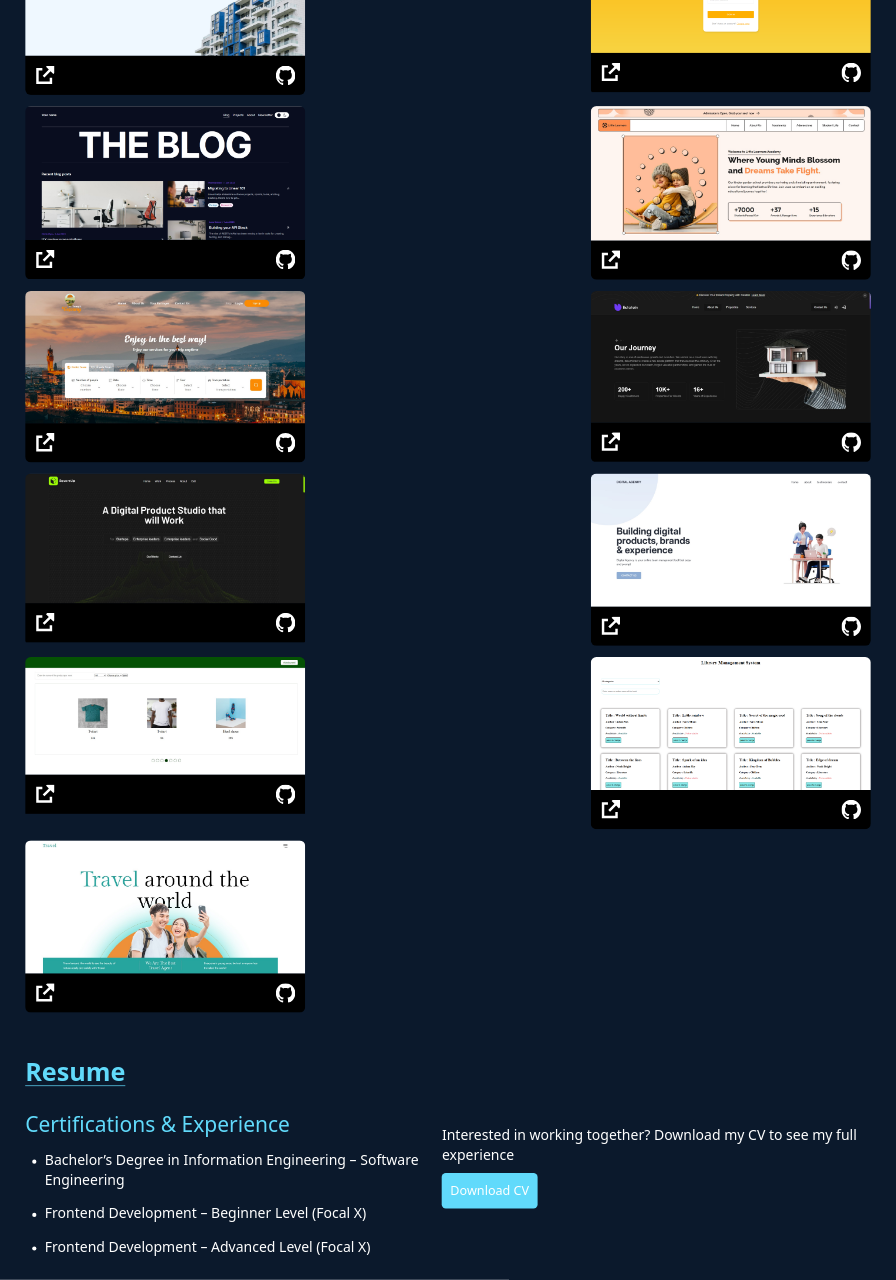
Repository: RawanBarakat-hub/portfolio
Page: /
These files come from the project's save history. The page is drawn as it stood at one moment and after a run of saves; the edit follows.
The browser window is 1280 px wide. The pictures show the part of the page from y = 1851 to 3771 px (the page is 3679 px tall before and 3771 px after), at 70% of full size.
The project was rebuilt for these pictures with package versions that can differ from the ones it lists, and the page was loaded fresh each time. Also part of the build but not shown: vite.config.ts.

Above is the page before, as saved 2026-02-22 22:41:12.

### index.html
<!doctype html>
<html lang="en">
  <head>
    <meta charset="UTF-8" />
    <link rel="icon" type="image/svg+xml" href="/assets/images/photos/logo.png" />
    <meta name="viewport" content="width=device-width, initial-scale=1.0" />
    <title>Rawan's portfolio</title>
  </head>
  <body>
    <div id="root"></div>
    <script type="module" src="/src/main.tsx"></script>
  </body>
</html>

### src/index.css
@import "tailwindcss";
@theme{
    --color-primary-color: #61DAFB;
    --color-background-color: #0b192c;
    --color-hover-color: #1eb9e4;
}

### src/App.tsx
import Hero from "./components/Hero"
import Main from "./components/Main"
import NavBar from "./components/NavBar"
import { nav_links } from "./data/data"
import "./index.css"
function App() {

  return (
    <div className="bg-background-color px-9">
      <NavBar logo={{source:"/assets/images/photos/logo.png",alternative:"Logo"}}
      nav_links={nav_links}
      bar_icon={{source:"/assets/images/icons/bars.svg",alternative:"bars"}}
      cancel_icon={{source:"/assets/images/icons/cancel.svg",alternative:"bars"}}
      />
      <Hero/>
      <Main/>
    </div>
  )
}

export default App

### src/components/Hero.tsx
import Image from "./Image"
import LinkBtn from "./LinkBtn"
import WelcomeText from "./WelcomeText"

const Hero = () => {
    return (
        <div className="h-screen pt-35 lg:pt-25 flex flex-col lg:flex-row
        justify-center lg:justify-between items-center gap-5">
            <div className="text-center lg:text-left">
                <WelcomeText text="Hello, I’m"/>
                <h1 className="text-white text-3xl lg:text-5xl mt-3 lg:mt-4
                mb-4 lg:mb-6 font-bold">Rawan Mohammad Barakat</h1>
                <p className="text-primary-color text-2xl lg:text-4xl max-w-2xl
                mb-4 lg:mb-14">Frontend Developer crafting clean & responsive web experiences.</p>
                <div className="flex justify-center lg:justify-start gap-4">
                    <LinkBtn url="" text="View my project"/>
                    <LinkBtn url="" text="Contact me"/>
                </div>
            </div>
            <Image source="/assets/images/photos/rawan.png" alternative="rawan"/>
        </div>
    )
}

export default Hero

### src/components/Main.tsx
import SectionAbout from "./SectionAbout"
import SectionProjects from "./SectionProjects"
import SectionReume from "./SectionReume"
import SectionSkills from "./SectionSkills"

const Main = () => {
    return (
        <main>
            <SectionAbout/>
            <SectionSkills/>
            <SectionProjects/>
            <SectionReume/>
        </main>
    )
}

export default Main

### src/components/NavBar.tsx
import { NavLink } from "react-router-dom"
import type { NavProps } from "../interfaces"
import { useState } from "react"

const NavBar = ({logo,nav_links,bar_icon,cancel_icon}:NavProps) => {
    const [show,setShow]=useState<boolean>(true)
    return (
        <div>
            <nav className="flex justify-between pl-5 pr-9 items-center fixed top-0 z-10
            w-full left-0 bg-background-color shadow-md shadow-primary-color">
                <div className="">
                    <img className="" src={logo.source} alt={logo.alternative} />
                </div>
                <div className="hidden lg:block">
                    <ul className="flex gap-6">
                        {nav_links?.map((link,index)=>{
                            return <li key={index}>
                                <NavLink className="text-primary-color text-[18px] font-medium"
                                to={link?.url}>{link?.text}</NavLink>
                            </li>
                        })}
                    </ul>
                </div>
                <button onClick={()=>setShow(!show)}
                className="block lg:hidden"><img src={`${show?bar_icon.source:cancel_icon.source}`}
                alt={`${show?bar_icon.alternative:cancel_icon.alternative}`} /></button>
            </nav>
            <div className={`${show ? "-left-full" :"left-1/2"} absolute top-16.5
            -translate-x-1/2 py-3.5 bg-background-color w-full transition-all`}>
                <ul className="text-center">
                        {nav_links?.map((link,index)=>{
                            return <li key={index} className="mb-4">
                                <NavLink className="text-primary-color text-[18px] font-medium"
                                to={link?.url}>{link?.text}</NavLink>
                            </li>
                        })}
                    </ul>
            </div>
        </div>
    )
}

export default NavBar

### src/data/data.ts
export const nav_links=[
    {
        url:"/",
        text:"Home"
    },
    {
        url:"/",
        text:"About"
    },
    {
        url:"/",
        text:"Skills"
    },
    {
        url:"/",
        text:"Projects"
    },
    {
        url:"/",
        text:"Resume"
    },
    {
        url:"/",
        text:"Contact"
    }
]
export const skills=[
    {
        image:{
            source:"/assets/images/icons/html.svg",
            alternative:"HTMl icon"
        },
        link:{
            url:"https://www.w3schools.com/html/default.asp",
            text:"HTML"
        }
    },
    {
        image:{
            source:"/assets/images/icons/css3.svg",
            alternative:"CSS icon"
        },
        link:{
            url:"https://www.w3schools.com/css/default.asp",
            text:"CSS"
        }
    },
    {
        image:{
            source:"/assets/images/icons/js.svg",
            alternative:"JavaScript icon"
        },
        link:{
            url:"https://www.w3schools.com/js/default.asp",
            text:"JavaScript "
        }
    },
    {
        image:{
            source:"/assets/images/icons/bootstrap.svg",
            alternative:"Bootstrap icon"
        },
        link:{
            url:"https://www.w3schools.com/bootstrap/bootstrap_ver.asp",
            text:"Bootstrap"
        }
    },
    {
        image:{
            source:"/assets/images/icons/tailwind.svg",
            alternative:"Taileind icon"
        },
        link:{
            url:"https://tailwindcss.com/",
            text:"Tailwind"
        }
    },
    {
        image:{
            source:"/assets/images/icons/react.svg",
            alternative:"React icon"
        },
        link:{
            url:"https://www.w3schools.com/react/default.asp",
            text:"React"
        }
    },
    {
        image:{
            source:"/assets/images/icons/ts.svg",
            alternative:"TypeScript icon"
        },
        link:{
            url:"https://www.w3schools.com/typescript/index.php",
            text:"TypeScript"
        }
    },
    {
        image:{
            source:"/assets/images/icons/git.svg",
            alternative:"Git icon"
        },
        link:{
            url:"https://www.w3schools.com/git/default.asp",
            text:"Git"
        }
    }
]
export const projects=[
    {
        image:{
            source:"public/assets/images/photos/flora.jpg",
            alternative:"Flora project"
        },
        title:"Flora",
        text:"Landing Page for a Real Estate Website",
        code_link:"https://github.com/RawanBarakat-hub/task-4-adv",
        project_Link:"https://rawanbarakat-hub.github.io/task-4-adv/"
    },
    {
        image:{
            source:"public/assets/images/photos/dash.jpg",
            alternative:"Dashboard project"
        },
        title:"E-commerce store dashboard",
        text:"Dashboard for managing E-commerce store",
        code_link:"https://github.com/RawanBarakat-hub/task-5-adv",
        project_Link:"https://task-5-adv.vercel.app/"
    },
    {
        image:{
            source:"public/assets/images/photos/blog.jpg",
            alternative:"Blogs project"
        },
        title:"The Blog",
        text:"Website for displaying blogs across different categories.",
        code_link:"https://github.com/RawanBarakat-hub/task-6-adv",
        project_Link:"https://task-6-adv-tawny.vercel.app/"
    },
    {
        image:{
            source:"public/assets/images/photos/littlelearners.jpg",
            alternative:"little learners project"
        },
        title:"Little learners",
        text:"Website for an educational institution.",
        code_link:"https://github.com/RawanBarakat-hub/task-2-adv",
        project_Link:"https://task-2-adv-pi.vercel.app/"
    },
    {
        image:{
            source:"public/assets/images/photos/next.jpg",
            alternative:"next project"
        },
        title:"Travel around the world",
        text:"Website for a travel company.",
        code_link:"https://github.com/RawanBarakat-hub/task-2-adv",
        project_Link:"https://task-7-adv-lac.vercel.app"
    },
    {
        image:{
            source:"public/assets/images/photos/estatein.jpg",
            alternative:"estatein project"
        },
        title:"Estatein",
        text:"Website for a real estate company.",
        code_link:"https://github.com/RaghadDeveloper/estatein",
        project_Link:"https://estatein-umber.vercel.app/"
    },
    {
        image:{
            source:"public/assets/images/photos/agency.jpg",
            alternative:"Digital project"
        },
        title:"Square",
        text:"Website for a digital products company.",
        code_link:"https://github.com/raghadsammour/squareUp.git",
        project_Link:"https://raghadsammour.github.io/squareUp/"
    },
    {
        image:{
            source:"public/assets/images/photos/digital.jpg",
            alternative:"Agency project"
        },
        title:"Digital agency",
        text:"Website for a digital products company.",
        code_link:"https://github.com/RawanBarakat-hub/Task-5",
        project_Link:"https://rawanbarakat-hub.github.io/Task-5/"
    },
    {
        image:{
            source:"public/assets/images/photos/e-commerc.jpg",
            alternative:"E-commerce project"
        },
        title:"E-commerce store",
        text:"Admin dashboard for an e-commerce store",
        code_link:"https://github.com/RawanBarakat-hub/Task-7",
        project_Link:"https://rawanbarakat-hub.github.io/Task-7/"
    },
    {
        image:{
            source:"public/assets/images/photos/library.jpg",
            alternative:"library project"
        },
        title:"Library Management System",
        text:"Website for categorizing and organizing books.",
        code_link:"https://github.com/RawanBarakat-hub/task-1-adv",
        project_Link:"https://rawanbarakat-hub.github.io/task-1-adv/"
    },
    {
        image:{
            source:"public/assets/images/photos/travelhero.jpg",
            alternative:"travel project"
        },
        title:"Travel",
        text:"Simple landing page for a travel agency website",
        code_link:"https://github.com/RawanBarakat-hub/Travel",
        project_Link:"https://rawanbarakat-hub.github.io/Travel/"
    }
]
export const certifications=[
    "Bachelor’s Degree in Information Engineering – Software Engineering",
    "Frontend Development – Beginner Level (Focal X)",
    "Frontend Development – Advanced Level (Focal X)"
]
export const social_media=[
    {
        url:"https://www.facebook.com/rawan.barakat.395?mibextid=wwXIfr&mibextid=wwXIfr",
        image:{
            source:"public/assets/images/icons/facebook.svg",
            alternative:"facebook icon"
        }
    },
    {
        url:"https://github.com/RawanBarakat-hub",
        image:{
            source:"public/assets/images/icons/github.svg",
            alternative:"github icon"
        }
    },
    {
        url:"https://t.me/Rawan_257",
        image:{
            source:"public/assets/images/icons/telegram.svg",
            alternative:"telegram icon"
        }
    },
    {
        url:"https://www.instagram.com/rawan.barakat.395?igsh=MWt1bDBya251YWFyeA%3D%3D&utm_source=qr",
        image:{
            source:"public/assets/images/icons/instagram.svg",
            alternative:"instagram icon"
        }
    },
    {
        url:"https://wa.me/963937278362",
        image:{
            source:"public/assets/images/icons/whatsapp.svg",
            alternative:"whatsapp icon"
        }
    },
    {
        url:"mailto:barakatrawan81@gmail.com",
        image:{
            source:"public/assets/images/icons/email.svg",
            alternative:"email icon"
        }
    }
]

### src/components/Image.tsx
import type { ImageProps } from '../interfaces'

const Image = ({source,alternative}:ImageProps) => {
    return (
        <div className='w-125 h-125 rounded-full border-2 border-primary-color
            shadow-sm shadow-primary-color flex justify-center items-center overflow-hidden
            shrink-0'>
            <img src={source} alt={alternative} />
        </div>
    )
}

export default Image

### src/components/LinkBtn.tsx
import { Link } from 'react-router-dom'
import { type LinkProps } from '../interfaces'
const LinkBtn = ({url,text,image}:LinkProps) => {
    return (
            <Link className="bg-primary-color hover:bg-hover-color
            text-xl text-background-color p-3.5 rounded-lg w-fit flex items-center
            gap-4 transition-all`" to={url}>{text}
            {image && <img className='w-10' src={image?.source} alt={image?.alternative} />}</Link>
    )
}

export default LinkBtn

### src/components/WelcomeText.tsx

const WelcomeText = ({text}:{text:string}) => {
    return (
        <p className="text-primary-color text-xl lg:text-3xl
        font-medium">{text}</p>
    )
}

export default WelcomeText

### src/components/SectionAbout.tsx
import Description from "./Description"
import Image from "./Image"
import TitleSection from "./TitleSection"
import WelcomeText from "./WelcomeText"

const SectionAbout = () => {
    return (
        <section className="py-15 lg:py-8 text-center lg:text-left">
            <TitleSection title="About me"/>
            <div className="flex flex-col lg:flex-row
                justify-center lg:justify-between items-center
                gap-4">
                <Image source="/assets/images/photos/rawan.png" alternative="rawan"/>
                <div className="max-w-3xl">
                    <WelcomeText text="Hi there! i’m Rawan Barakat"/>
                    <Description text="I’m a Software Engineering and Information Systems
                        graduate from Latakia University, with a strong passion
                        for frontend development and website creation."/>
                    <Description text="I completed both my beginner
                        and advanced frontend training at Focal X ,
                        where I built responsive websites using HTML, CSS, JavaScript,
                        and React (JSX and TSX) , working on practical and academic projects."/>
                    <Description text="I focus on writing clean, well-structured
                    code and building modern,responsive websites that perform efficiently across different
                    devices. I’m continuously improving my skills and keeping up with the latest web
                    technologies."/>
                </div>
            </div>
        </section>
    )
}

export default SectionAbout

### src/components/SectionProjects.tsx
import { projects } from "../data/data"
import Card from "./Card"
import Container from "./Container"
import TitleSection from "./TitleSection"

const SectionProjects = () => {
    return (
        <section className="py-15 lg:py-8">
            <TitleSection title="My Projects"/>
            <Container>
                {
                    projects.map((project,index)=>{
                        return <Card key={index}
                        image={project.image} title={project.title}
                        text={project.text} code={project.code_link}
                        deploy={project.project_Link}/>
                    })
                }
            </Container>
        </section>
    )
}

export default SectionProjects

### src/components/SectionReume.tsx
import { certifications } from "../data/data"
import Description from "./Description"
import TitleSection from "./TitleSection"
import WelcomeText from "./WelcomeText"

const SectionReume = () => {
    return (
        <section className="py-15 lg:py-8">
            <TitleSection title="Resume"/>
            <div className="flex justify-between">
                <div>
                    <WelcomeText text="Certifications & Experience" />
                    <ul className="mt-0 list-disc text-white pl-7">
                        {
                            certifications.map((item,index)=>{
                                return <li key={index}>
                                    <Description text={item} />
                                </li>
                            })
                        }
                    </ul>
                </div>
                <div>
                    <Description
                    text="Interested in working together? Download my CV to see my full experience" />
                    <a href="/Rawan Barakat CV.pdf" download
                        className="inline-block p-3 rounded-md bg-primary-color hover:bg-hover-color
                        text-white text-[18px] font-medium mt-3 cursor-pointer"
                        >Download CV</a>
                </div>
            </div>
        </section>
    )
}

export default SectionReume

### src/components/SectionSkills.tsx
import { skills } from "../data/data"
import Container from "./Container"
import Icon from "./Icon"
import TitleSection from "./TitleSection"

const SectionSkills = () => {
    return (
        <section className="py-15 lg:py-8 ">
            <TitleSection title="My Skills"/>
            <Container>
                {
                    skills.map((skill,index)=>{
                        return <Icon key={index} url={skill.link.url}
                        text={skill.link.text} image={skill.image}/>
                    })
            }
            </Container>
        </section>
    )
}

export default SectionSkills

### src/components/Description.tsx

const Description = ({text}:{text:string}) => {
    return (
        <p className="text-white text-xl mt-5">{text}</p>
    )
}

export default Description

### src/components/TitleSection.tsx
import type { TitleSectionProp } from "../interfaces"

const TitleSection = ({title}:TitleSectionProp) => {
    return (
        <h2 className="text-xl lg:text-4xl text-primary-color font-semibold
        mb-4 lg:mb-9 w-fit border-b border-primary-color">{title}</h2>
    )
}

export default TitleSection

### src/components/Card.tsx
import type { CardProps } from "../interfaces"
import Icon from "./Icon"

const Card = ({image,title,text,code,deploy}:CardProps) => {
    return (
        <div className="w-100 rounded-lg overflow-hidden group">
            <div className="relative">
                <img className="w-full h-full" src={image.source} alt={image.alternative} />
                <div className="absolute -top-full group-hover:top-0 text-center
                w-full h-full bg-[#00000088] transition-all flex flex-col
                justify-center items-center">
                    <h3 className="text-white font-medium text-xl">{title}</h3>
                    <p className="text-white text-[18px]">{text}</p>
                </div>
            </div>
            <div className="flex justify-between gap-2 bg-black p-3.5">
                <Icon url={deploy} image={{source:"/assets/images/icons/arrow.svg",
                alternative:"arrow icon"}} />
                <Icon url={code} image={{source:"/assets/images/icons/github.svg",
                alternative:"github icon"}} />
            </div>
        </div>
    )
}

export default Card

### src/components/Container.tsx
import type { ContainerProps } from "../interfaces"

const Container = ({children}:ContainerProps) => {
    return (
        <div className="flex justify-between flex-wrap gap-4">{children}</div>
    )
}

export default Container

### src/components/Icon.tsx
import type { LinkProps } from '../interfaces'

const Icon = ({url,text,image}:LinkProps) => {
    return (
        <a  target="_blank" className={`${text&&"bg-linear-to-r from-primary-color to-black font-medium text-xl text-white p-3.5 rounded-lg w-fit flex items-center gap-4 hover:scale-120 transition-all" }`} href={url}>{text&&
                <span>{text}</span>}
            <img className='w-7' src={image?.source} alt={image?.alternative} />
        </a>

    )
}

export default Icon

### src/components/Footer.tsx
import { social_media } from "../data/data"
import Container from "./Container"
import Icon from "./Icon"

const Footer = () => {
    return (
        <footer className="py-15 lg:py-8">
            <Container>
                {
                    social_media.map((item,index)=>{
                        return <Icon key={index} url={item.url} image={item.image}/>
                    })
                }
            </Container>
        </footer>
    )
}

export default Footer

Loaded but not shown: src/main.tsx (common file)

After the next 3 saves:
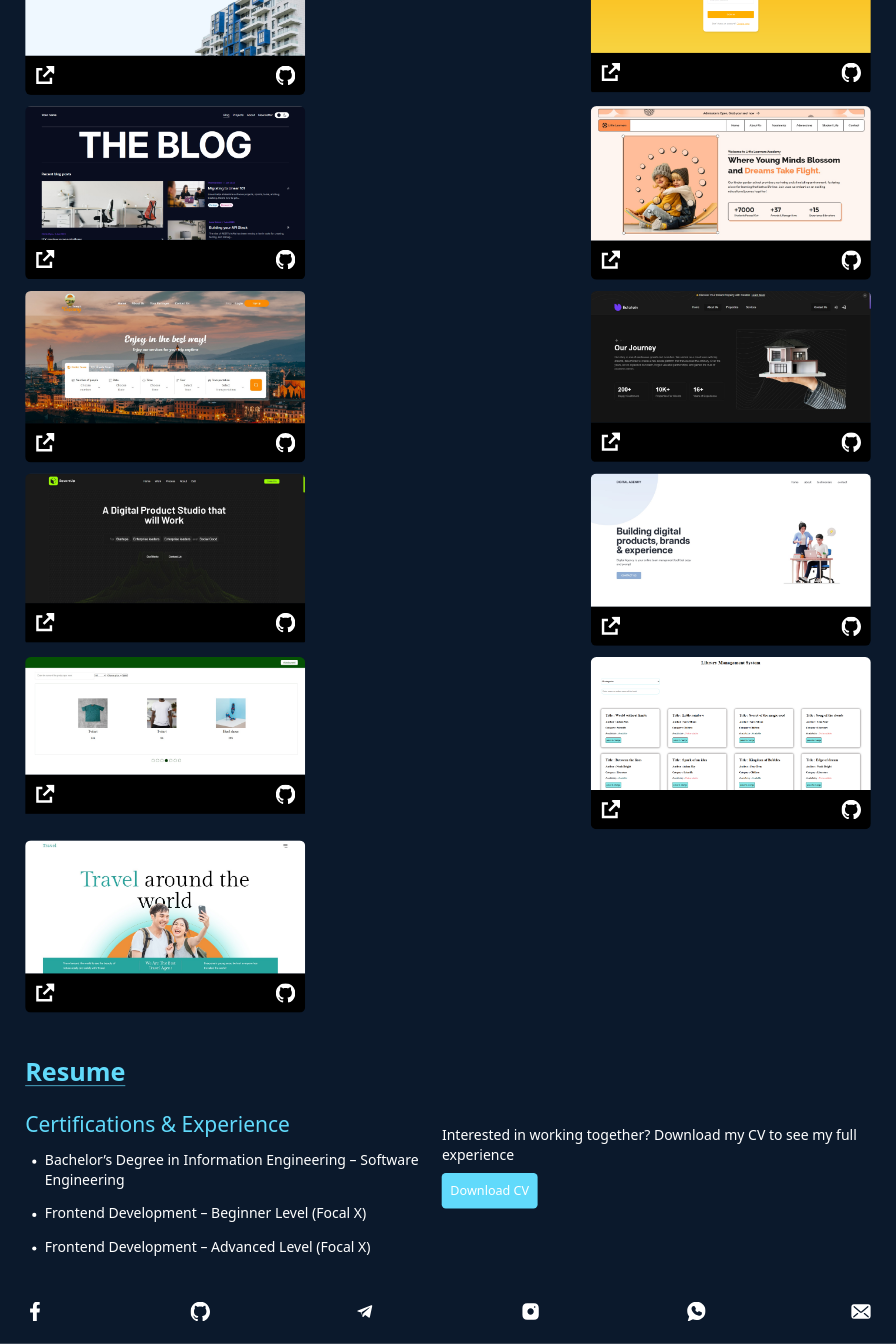
The 3 saves are shown as one change because 1 did not build or start and some came seconds apart.
The last was saved 24 s later.
--- a/src/App.tsx
+++ b/src/App.tsx
@@ -1,3 +1,4 @@
+import Footer from "./components/Footer"
 import Hero from "./components/Hero"
 import Main from "./components/Main"
 import NavBar from "./components/NavBar"
@@ -14,6 +15,7 @@ function App() {
       />
       <Hero/>
       <Main/>
+      <Footer/>
     </div>
   )
 }
